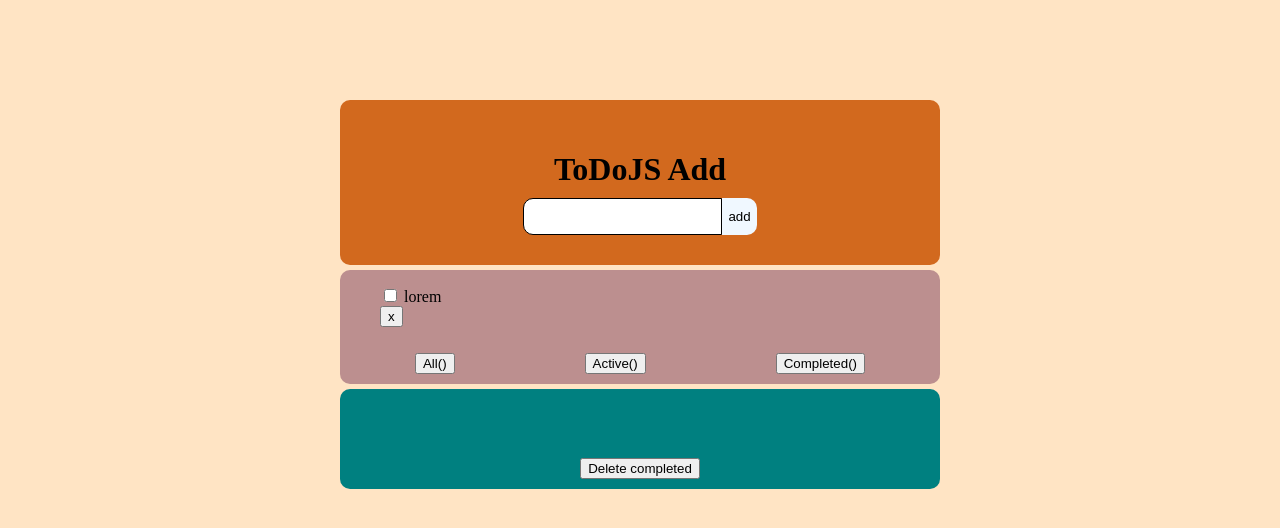
Repository: Savich01/todoTest
Page: index.html
An editor plug-in stored every save of this project. The page is shown before and after the next save, followed by the edit.
The browser window is 1280 px wide. The pictures show the whole page.

Above is the page before, as saved 2024-05-06 14:08:25.

### index.html
<!DOCTYPE html>
<html lang="en">
<head>
    <meta charset="UTF-8">
    <meta name="viewport" content="width=device-width, initial-scale=1.0">
    <link rel="stylesheet" href="css/style.css">
    <title>ToDO</title>
</head>
<body>
    <header class="header">
        <div class="header-block">
            <div class="header-block__sub">
                <h1 class="title">ToDoJS Add</h1>
                <form class="personal" action="#">
                    <input class="personal-input" type="text">
                    <button class="personal-btn">add</button>
                </form>
            </div>
        </div>
    </header>
     <main class="main">
        <div class="main-block">

            <div class="main-container">
                <ul class="main-container--list">
                    <li class="main-container--list-link">
                        <input class="main-checked" type="checkbox">
                        <span class="main-text">lorem</span>
                    </li>
                    <button class="main--list-btn">
                        х
                    </button>
               </ul>
            </div>




            <div class="main-button">
                 <button class="main-btn1">All()</button>
                 <button class="main-btn2">Active()</button>
                 <button class="main-btn3">Completed()</button>
            </div>
            </div>
     </main>
     <footer class="footer">
        <div class="footer-block">
            <div class="footer-btn">
                <button class="btn">Delete completed</button>
            </div>
        </div>
     </footer>
        <script src="js/script.js"></script>
</body>
</html>

### css/style.css
ul,li {
    text-decoration: none;
    list-style: none;
}


/*------------HEADER-------------------------------------*/

body {
    max-width: 100%;
    background: #FFE4C4;
}
.header {
    margin-top: 100px;
    margin-bottom: 5px;
}
.header-block {
    max-width: 600px;
    margin: 0 auto;
    background: #D2691E;
    border-radius: 10px;
}
 .header-block__sub {
    display: flex;
    flex-direction: column;
    justify-content: center;
    align-items: center;
    padding: 30px 0px;
 }

 .title {
    margin-bottom: 10px;
 }

 .personal {
    display: flex;
    justify-content: center;
 }

 .personal-input{
    padding: 10px;
    border: 1px solid #000;
    border-radius: 10px 0px 0px 10px;
 }
.personal-btn {
    border: none;
    background-color: aliceblue;
    border-radius: 0px 10px 10px 0px;
    cursor: pointer;
}
/*------------------MAIN-------------------------------------*/

.main-block {
   max-width: 600px;
   margin: 0 auto;
   background: #BC8F8F;
   min-height: 70px;
   border-radius: 10px;
   display:flex;
   flex-direction: column;
   justify-content: space-between;
   margin-bottom: 5px;
}

.main-block--list{
    display: flex;
    align-items: center;
    justify-content: center;
    padding-right: 47px;
}

.main-block--list-link{
    display: flex;
    align-items: center;
}

.main-block--text{
    margin-left: 10px;
}

.checkbox-active{
    width: 20px;
    height: 17px;
}

.main-block--text{
    transform: translateY(1px);
}

.main-list{
  padding: 0px 30px;
}
.main-list--link{
  display: flex;
  align-items: center;
  justify-content: space-between;
  margin-bottom: 15px;
  padding: 10px;
  background-color: #FFE4C4;
}



























.main-button {
    padding: 10px;
    display: flex;
    align-items: flex-end;
    justify-content: space-around
}

/* .main-container {
    background: rgba(183, 231, 62, 0.699);
    border-radius: 20px;
    margin: 15px;
    /* display: none; */
/* } */

/* .main-container--list{
    background-color: #20B2AA;
    border-radius: 10px;
    margin: 25px;
    display: flex;
    align-items: center;
    justify-content: space-between;
} */

/* .main-container--list-link {
    padding: 10px;
    display: flex;
    align-items: center;
    justify-content: space-between;
} */
/* .main-checked{
    width: 20px;
    height: 16px;
    cursor: pointer;
} */
/* .main-text{
    display: inline-block;
    margin-left: 15px;
    transform: translateY(1px);
} */
/* .main--list-btn{
    min-width: 20px;
    max-width: 23px;
    background: #FFFFE0;
    align-items: center;
    margin-right: 25px;
    cursor: pointer;
    border: none;
    background: #B22222;
} */
/*--------------*/

/*--------------*/


/*------------------FOOTER--------------------------------------------------*/

.footer-block {
    max-width: 600px;
    margin: 0 auto;
    background: #008080;
    height: 100px;
    border-radius: 10px;
    display: flex;
    align-items: flex-end;
    justify-content: space-around;
}
.footer-btn {
    padding: 10px;
}

Loaded but not shown: js/script.js (no copy from this time; the picture is the same without it)

After the next save:
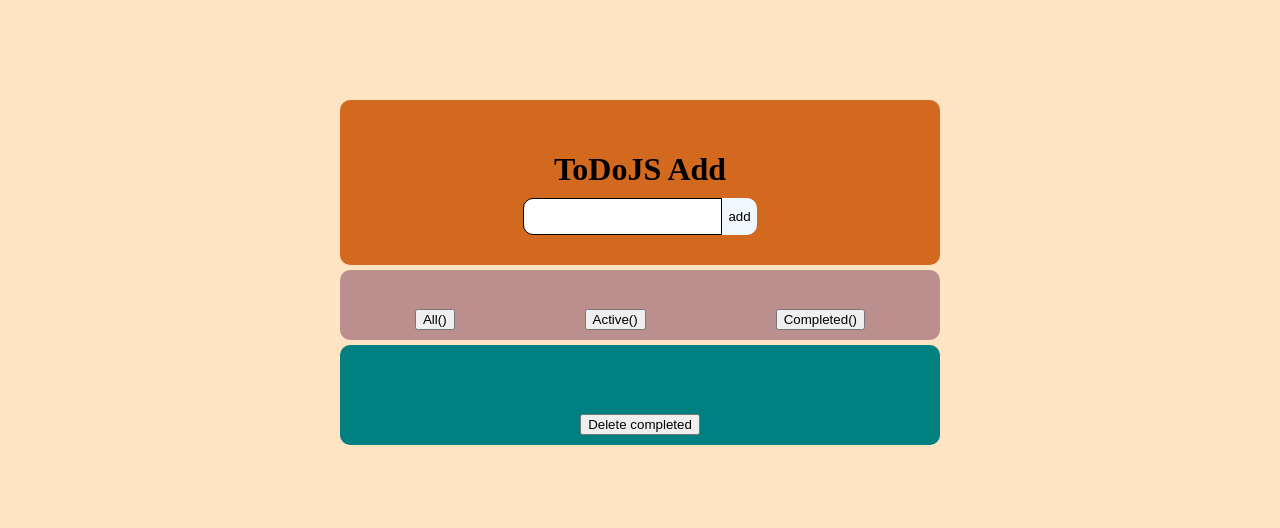
Saved 43 s later.
--- a/index.html
+++ b/index.html
@@ -22,7 +22,7 @@
         <div class="main-block">
 
             <div class="main-container">
-                <ul class="main-container--list">
+                <!-- <ul class="main-container--list">
                     <li class="main-container--list-link">
                         <input class="main-checked" type="checkbox">
                         <span class="main-text">lorem</span>
@@ -30,7 +30,7 @@
                     <button class="main--list-btn">
                         х
                     </button>
-               </ul>
+               </ul>  -->
             </div>
 
 

After the save that followed:
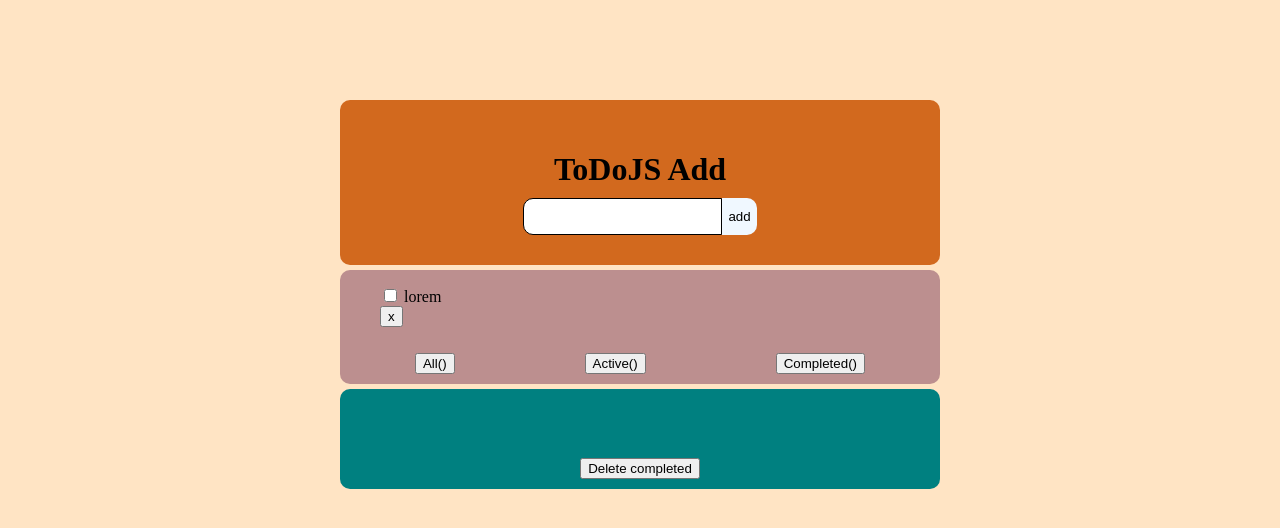
Saved 5 min 25 s later.
--- a/index.html
+++ b/index.html
@@ -22,7 +22,7 @@
         <div class="main-block">
 
             <div class="main-container">
-                <!-- <ul class="main-container--list">
+                <ul class="main-container--list">
                     <li class="main-container--list-link">
                         <input class="main-checked" type="checkbox">
                         <span class="main-text">lorem</span>
@@ -30,7 +30,7 @@
                     <button class="main--list-btn">
                         х
                     </button>
-               </ul>  -->
+               </ul>
             </div>
 
 
